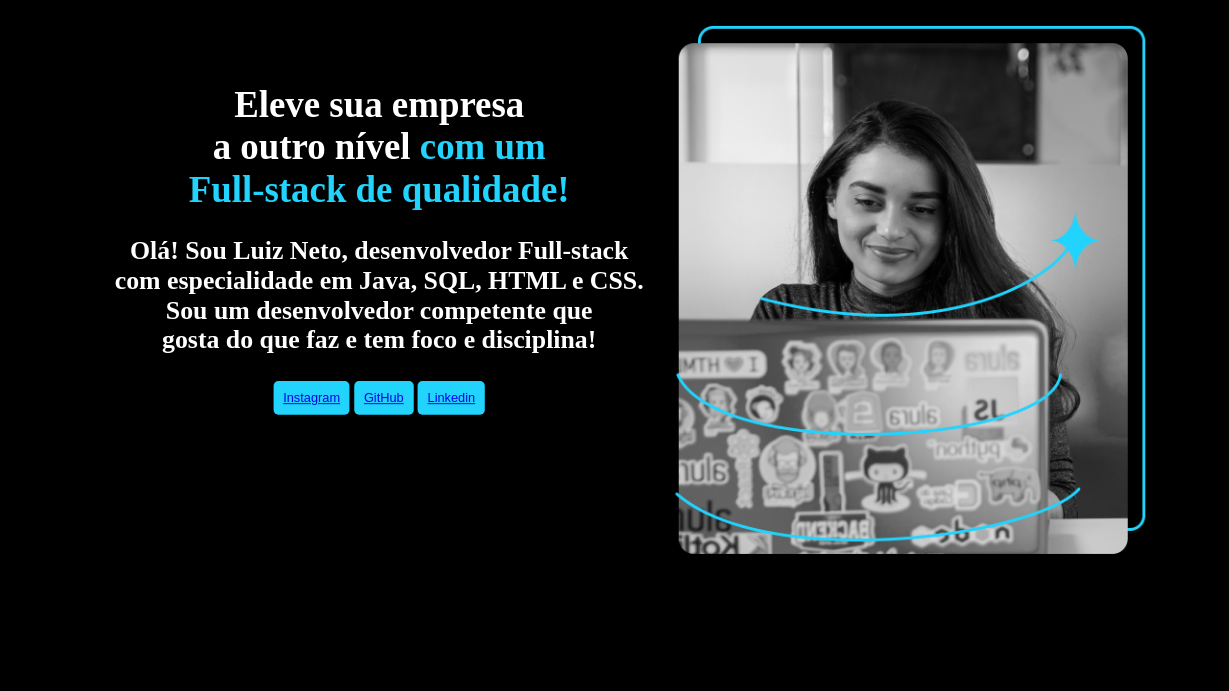
Repository: luiz123098/Sobre-mim-em-HTM-CSS
Page: htmlcss.html
The author's editor kept a copy of each file at every save. The page is drawn from the files as they stood at one save, then again after the next save.
The browser window is 1280 px wide. The pictures show the whole page, at 96% of full size.

Above is the page before, as saved 2023-03-08 14:39:36.

After the next save:
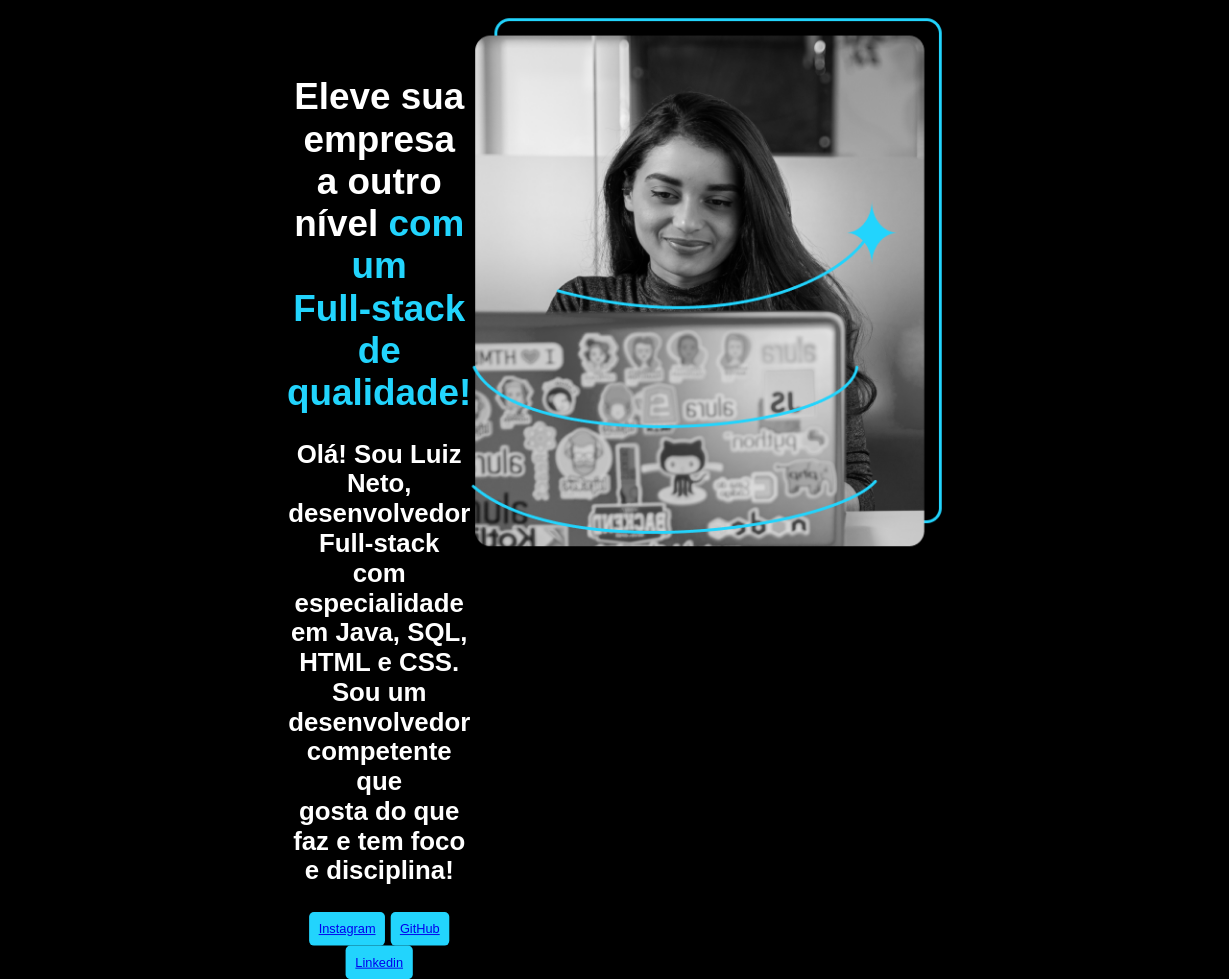
Saved 64 s later.
--- a/style.Css
+++ b/style.Css
@@ -1,4 +1,13 @@
-body{
+html, body {
+    height: 100%;
+}
+
+body {
+    max-width: 400px;
+    font-family: gotham, arial, helvetica, sans-serif;
+    font-size: 18px;
+    padding: 0;
+    margin: 0 auto !important;
     background-color: black;
     color: white;
     text-align: justify;
